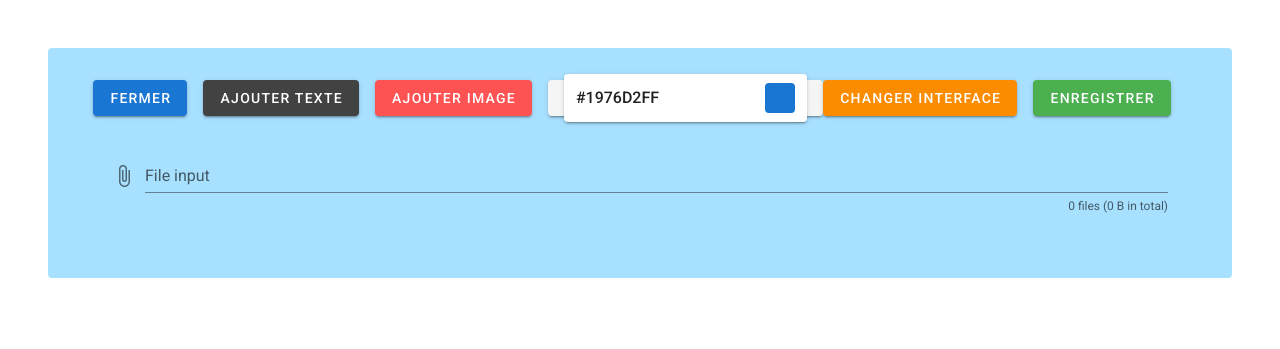
Repository: Hamagistral/BannerApp-Vue
Page: /#/dynamicPage
The author's editor kept a copy of each file at every save. The page is drawn from the files as they stood at one save, then again after the next save.
The browser window is 1280 px wide. The pictures show the whole page.
The project was rebuilt for these pictures with package versions that can differ from the ones it lists, and the page was loaded fresh each time. Also part of the build but not shown: vue.config.js, src/components/WidgetText.vue, src/components/WidgetImage.vue, src/components/Home.vue.

Above is the page before, as saved 2023-02-07 01:47:55.

After the next save:
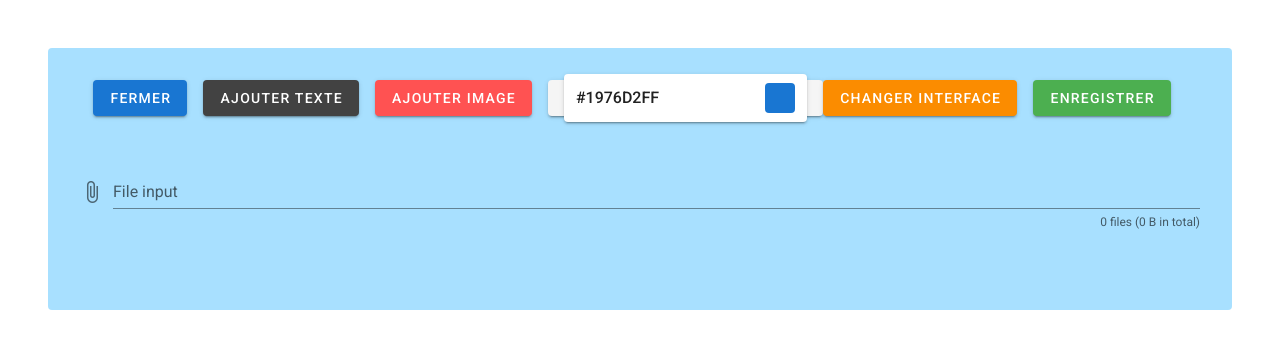
Saved 7 s later.
--- a/src/components/DynamicPage.vue
+++ b/src/components/DynamicPage.vue
@@ -47,7 +47,7 @@
             multiple
             label="File input"
             v-model="chosenFile"
-            class="ma-8"
+            class="my-12"
           ></v-file-input>
         </template>
       </v-form>
